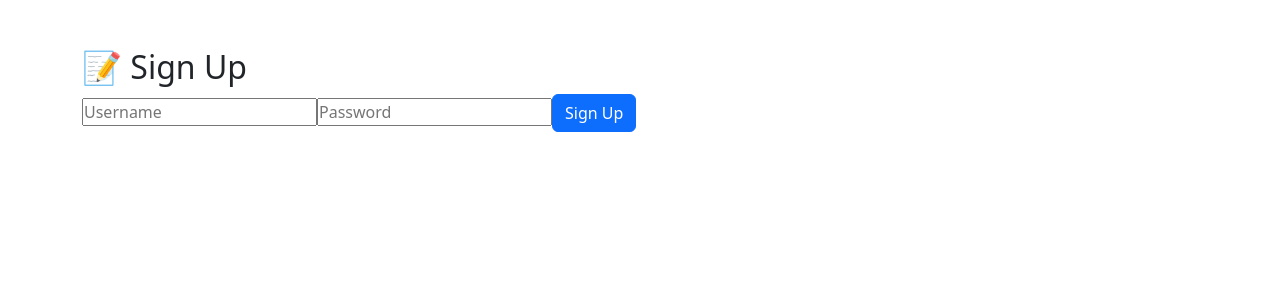
Repository: veronikavpb/movieapp
Page: /signup (app in front-end/)
These files come from the project's save history. The page is drawn as it stood at one moment and after the next save; the edit follows.
The browser window is 1280 px wide. The pictures show the whole page.
The project was rebuilt for these pictures with package versions that can differ from the ones it lists, and the page was loaded fresh each time. The framework's server and built-in components were replaced by stand-ins that run in the browser. Also part of the build but not shown: front-end/next.config.ts.

Above is the page before, as saved 2025-05-12 17:56:02.

### front-end/pages/_app.tsx
import '@styles/globals.css';
import 'bootstrap/dist/css/bootstrap.min.css';
import type { AppProps } from 'next/app';
//import 'bootstrap/dist/css/bootstrap.min.css';

export default function App({ Component, pageProps }: AppProps) {
    return <Component {...pageProps} />;
}

### front-end/pages/signup.tsx
import { useState } from 'react';
import { useRouter } from 'next/router';

const SignupPage: React.FC = () => {
    const router = useRouter();
    const [username, setUsername] = useState('');
    const [password, setPassword] = useState('');
    const [error, setError] = useState('');

    const handleSignup = async (e: React.FormEvent) => {
        e.preventDefault();
        setError('');

        try {
            const response = await fetch('http://localhost:3000/users/signup', {
                method: 'POST',
                headers: {
                    'Content-Type': 'application/json',
                },
                body: JSON.stringify({ username, password, role: 'user' }),
            });

            if (!response.ok) {
                throw new Error('Signup failed');
            }

            alert('Account created! Please log in.');
            router.push('/login');
        } catch (error) {
            setError('Signup failed. Try again.');
        }
    };

    return (
        <div className="container mt-5">
            <h2>📝 Sign Up</h2>
            {error && <p className="text-danger">{error}</p>}
            <form onSubmit={handleSignup}>
                <input
                    type="text"
                    placeholder="Username"
                    value={username}
                    onChange={(e) => setUsername(e.target.value)}
                    required
                />
                <input
                    type="password"
                    placeholder="Password"
                    value={password}
                    onChange={(e) => setPassword(e.target.value)}
                    required
                />
                <button type="submit" className="btn btn-primary">
                    Sign Up
                </button>
            </form>
        </div>
    );
};

export default SignupPage;

### front-end/styles/globals.css
:root {
    --background: #ffffff;
    --foreground: #171717;
}

@media (prefers-color-scheme: dark) {
    :root {
        --background: #0a0a0a;
        --foreground: #ededed;
    }
}

html,
body {
    max-width: 100vw;
    overflow-x: hidden;
}

body {
    color: var(--foreground);
    background: var(--background);
    font-family: Arial, Helvetica, sans-serif;
    -webkit-font-smoothing: antialiased;
    -moz-osx-font-smoothing: grayscale;
}

* {
    box-sizing: border-box;
    padding: 0;
    margin: 0;
}

a {
    color: inherit;
    text-decoration: none;
}

@media (prefers-color-scheme: dark) {
    html {
        color-scheme: dark;
    }
}

.movie-overview {
    display: flex;
    flex-wrap: wrap;
    gap: 16px;
    justify-content: center;
}

.movie-card {
    background-color: #f9f9f9;
    border: 1px solid #ddd;
    border-radius: 8px;
    padding: 16px;
    text-align: center;
    width: 200px;
    box-shadow: 0 4px 6px rgba(0, 0, 0, 0.1);
    transition: transform 0.2s;
}

.movie-card:hover {
    transform: scale(1.05);
}

.movie-card img {
    margin-bottom: 12px;
}

.movie-poster {
    width: 150px;
    border-radius: 8px;
}

/* Header styles */
.header {
    padding: 1rem;
    background-color: var(--primary-color);
    color: #fff;
    display: flex;
    justify-content: center;
    gap: 2rem;
}

.header-link {
    color: #fff;
    text-decoration: none;
    font-weight: bold;
    transition: color 0.2s ease-in-out;
}

.header-link:hover {
    color: #d4a4f5;
}

.footer {
    margin-top: 2rem;
    padding: 1rem;
    background-color: #f1f1f1;
    text-align: center;
    font-size: 0.9rem;
    color: var(--text-color);
}

### front-end/components/Header.tsx
import Link from 'next/link';
import { useRouter } from 'next/router';
import { useEffect, useState } from 'react';
import { logout } from '../services/auth';

const Header: React.FC = () => {
    const router = useRouter();
    const [role, setRole] = useState<string | null>(null);

    useEffect(() => {
        const user = JSON.parse(sessionStorage.getItem('loggedInUser') || '{}');
        setRole(user?.role);
    }, []);

    const handleLogout = () => {
        logout();
        router.push('/login');
    };

    return (
        <nav className="navbar navbar-light bg-light px-3">
            <Link className="navbar-brand" href="/">
                🎥 Movie App
            </Link>
            <div>
                {role === 'admin' && (
                    <Link className="btn btn-outline-primary mx-2" href="/movies">
                        Manage Movies
                    </Link>
                )}
                {role === 'user' && (
                    <Link className="btn btn-outline-primary mx-2" href="/watchlist">
                        Watchlist
                    </Link>
                )}
                <button className="btn btn-danger" onClick={handleLogout}>
                    Logout
                </button>
            </div>
        </nav>
    );
};

export default Header;

### front-end/services/auth.ts
export const getAuthHeaders = () => {
    const token = sessionStorage.getItem('token');
    return {
        'Content-Type': 'application/json',
        Authorization: token ? `Bearer ${token}` : '',
    };
};

export const logout = () => {
    sessionStorage.removeItem('token');
    sessionStorage.removeItem('loggedInUser');
};

export const getLoggedInUser = () => {
    const user = sessionStorage.getItem('loggedInUser');
    return user ? JSON.parse(user) : null;
};

After the next save:
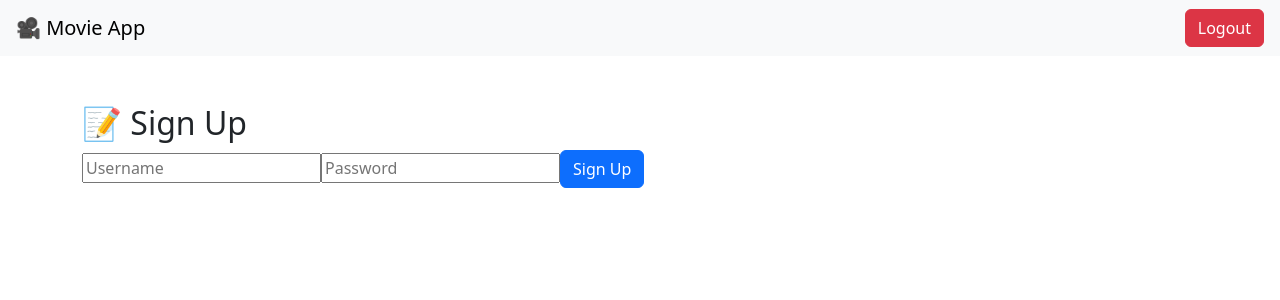
Saved 60 s later.
--- a/front-end/pages/_app.tsx
+++ b/front-end/pages/_app.tsx
@@ -1,8 +1,12 @@
-import '@styles/globals.css';
 import 'bootstrap/dist/css/bootstrap.min.css';
 import type { AppProps } from 'next/app';
-//import 'bootstrap/dist/css/bootstrap.min.css';
+import Header from '../components/Header';
 
 export default function App({ Component, pageProps }: AppProps) {
-    return <Component {...pageProps} />;
+    return (
+        <>
+            <Header />
+            <Component {...pageProps} />
+        </>
+    );
 }
